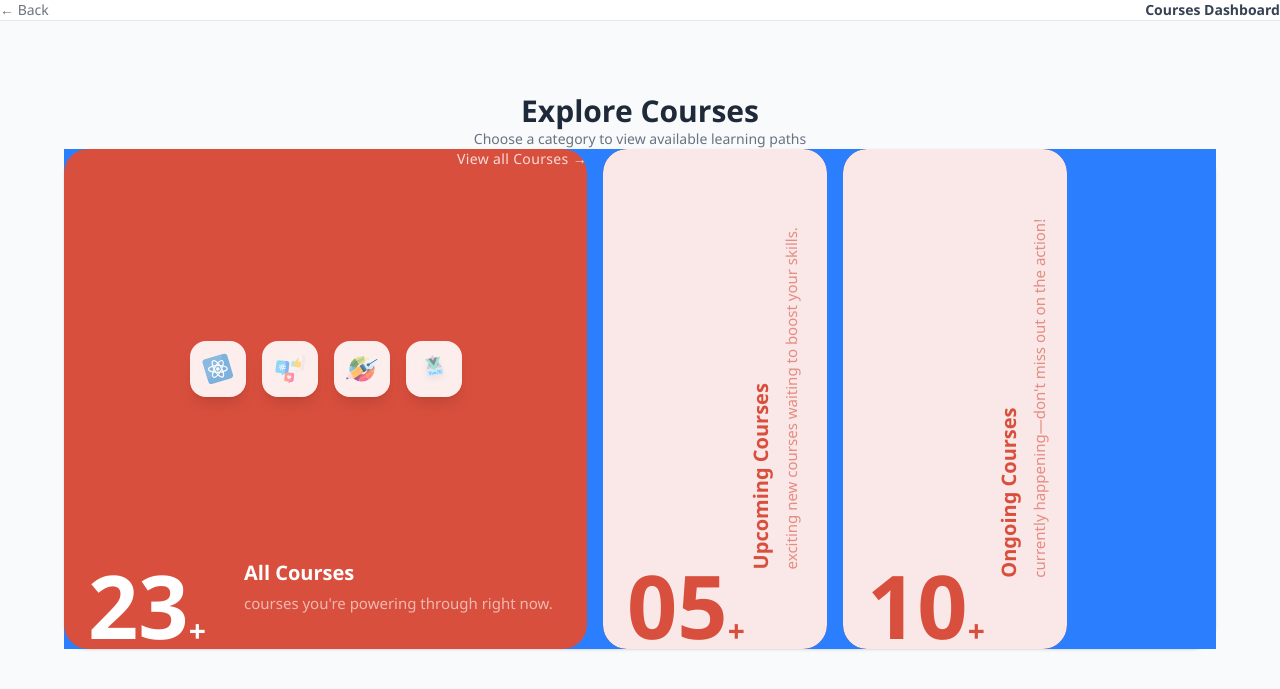
Repository: RahulRajKhadka/nextjs-dashboard-app
Page: /task2
An editor plug-in stored every save of this project. The page is shown before and after the next save, followed by the edit.
The browser window is 1280 px wide. The pictures show the whole page.
The project was rebuilt for these pictures with package versions that can differ from the ones it lists, and the page was loaded fresh each time. The framework's server and built-in components were replaced by stand-ins that run in the browser. Also part of the build but not shown: next.config.ts.

Above is the page before, as saved 2026-04-10 14:27:28.

### src/app/layout.tsx
import type { Metadata } from "next";
import "./globals.css";

export const metadata: Metadata = {
  title: "SkillShikshya Tasks",
  description: "Frontend & Logical Tasks",
};

export default function RootLayout({
  children,
}: {
  children: React.ReactNode;
}) {
  return (
    <html lang="en">
      <body>{children}</body>
    </html>
  );
}

### src/app/task2/page.tsx
"use client";
import dynamic from "next/dynamic";
import Link from "next/link";

const CourseCards = dynamic(() => import("@/components/task2/CourseCards"), {
  loading: () => (
    <div className="flex items-center justify-center h-[300px] text-gray-400 text-sm">
      Loading courses...
    </div>
  ),
  ssr: false,
});

export default function Task2Page() {
  return (
    <main className="min-h-screen bg-gray-50 flex flex-col">

      {/* Top Bar */}
      <div className="flex items-center justify-between px-6 md:px-10 py-4 border-b border-gray-200 bg-white">
        <Link
          href="/"
          className="text-sm text-gray-500 hover:text-gray-900 transition-colors"
        >
          ← Back
        </Link>

        <span className="text-sm font-semibold text-gray-700">
          Courses Dashboard
        </span>
      </div>

      {/* Centered Content */}
      <div className="flex-1 flex items-center justify-center px-4 py-10">

        <div className="w-full max-w-6xl">

          {/* Heading */}
          <div className="mb-8 text-center mt-10">
            <h1 className="text-3xl font-bold text-gray-800">
              Explore Courses
            </h1>
            <p className="text-gray-500 text-sm mt-2">
              Choose a category to view available learning paths
            </p>
          </div>

          {/* Cards */}
          <div className="bg-white rounded-3xl shadow-sm p-4 md:p-6">
            <CourseCards />
          </div>

        </div>

      </div>
    </main>
  );
}

### src/app/globals.css
@import "tailwindcss";

* {
  margin: 0;
  padding: 0;
  box-sizing: border-box;
}

html {
  scroll-behavior: smooth;
}

body {
  font-family: "Segoe UI", sans-serif;
  background-color: #f5f5f5;
}

.vertical-text {
  writing-mode: vertical-rl;
  transform: rotate(180deg);
}

### src/components/task2/CourseCards.tsx
"use client";

import { useState, useRef, useLayoutEffect } from "react";
import CourseCard from "./CourseCard";
import { courseCardsData } from "./courseCardsData";
import gsap from "gsap";

export default function CourseCards() {
  const [expandedId, setExpandedId] = useState<number>(1);
  const [directionMap, setDirectionMap] = useState<Map<number, "left" | "right">>(new Map());

  const cardRefs = useRef<(HTMLDivElement | null)[]>([]);
  const labelRefs = useRef<(HTMLDivElement | null)[]>([]); // Store label refs
  const numberRefs = useRef<(HTMLDivElement | null)[]>([]); // Store number refs
  const containerRef = useRef<HTMLDivElement>(null);
  const expandedWidth = useRef(0);
  const collapsedWidth = useRef(0);
  const isAnimating = useRef(false);

  useLayoutEffect(() => {
    const container = containerRef.current;
    if (!container) return;

    const totalWidth = container.clientWidth;
    const gap = 16;
    const totalGap = gap * (courseCardsData.length - 1);
    const unit = (totalWidth - totalGap) / courseCardsData.length;

    expandedWidth.current = unit * 1.4;
    collapsedWidth.current = unit * 0.6;

    const initialDirectionMap = new Map<number, "left" | "right">();
    courseCardsData.forEach((course, index) => {
      const initialDirection = index === 0 ? "right" : "left";
      initialDirectionMap.set(course.id, initialDirection);
    });
    setDirectionMap(initialDirectionMap);

    cardRefs.current.forEach((el, i) => {
      if (el) {
        gsap.set(el, {
          width: courseCardsData[i].id === 1 ? expandedWidth.current : collapsedWidth.current,
        });
      }
    });
  }, []);

  const getDirectionForCard = (clickedId: number, currentExpandedId: number): "left" | "right" => {
    const clickedIndex = courseCardsData.findIndex((c) => c.id === clickedId);
    const expandedIndex = courseCardsData.findIndex((c) => c.id === currentExpandedId);

    if (clickedIndex === 0) return "right";
    if (clickedIndex === courseCardsData.length - 1) return "left";

    if (clickedIndex < expandedIndex) return "right";
    return "left";
  };

  const handleCardClick = (courseId: number) => {
    if (courseId === expandedId || isAnimating.current) return;

    const newDirection = getDirectionForCard(courseId, expandedId);
    const prevIndex = courseCardsData.findIndex((c) => c.id === expandedId);
    const newIndex = courseCardsData.findIndex((c) => c.id === courseId);

    isAnimating.current = true;

    const tl = gsap.timeline({
      onComplete: () => {
        isAnimating.current = false;
      },
    });

    setDirectionMap(prev => {
      const newMap = new Map(prev);
      newMap.set(courseId, newDirection);
      return newMap;
    });

    // Get label and number elements for animation
    const oldLabel = labelRefs.current[prevIndex];
    const newLabel = labelRefs.current[newIndex];
    const oldNumber = numberRefs.current[prevIndex];
    const newNumber = numberRefs.current[newIndex];
    const courseData = courseCardsData[newIndex];

    // Animate old card collapse
    tl.to(cardRefs.current[prevIndex], {
      width: collapsedWidth.current,
      duration: 0.5,
      ease: "power3.inOut",
    }, 0);

    // Animate old label back to collapsed state
    if (oldLabel) {
      tl.to(oldLabel, {
        rotation: -90,
        x: 0,
        y: 0,
        color: courseData.textColor,
        duration: 0.5,
        ease: "power2.inOut",
      }, 0);
    }

    // Animate old number color
    if (oldNumber) {
      tl.to(oldNumber, {
        color: courseData.textColor,
        duration: 0.3,
      }, 0);
    }

    // Update expanded ID mid-timeline
    tl.call(() => {
      setExpandedId(courseId);
    }, null, 0.25);

    // Animate new card expansion
    tl.to(cardRefs.current[newIndex], {
      width: expandedWidth.current,
      duration: 0.5,
      ease: "power3.inOut",
    }, 0.25);

    // Animate new label to expanded position
    if (newLabel && newNumber) {
      const labelRect = newLabel.getBoundingClientRect();
      const numberRect = newNumber.getBoundingClientRect();

      const targetX = numberRect.right + 16 - (labelRect.left + labelRect.width / 2);
      const targetY = numberRect.bottom - labelRect.height / 2 - labelRect.top - labelRect.height / 2;

      tl.fromTo(newLabel,
        {
          rotation: -90,
          x: 0,
          y: 0,
          color: courseData.textColor,
        },
        {
          rotation: 0,
          x: targetX,
          y: targetY,
          color: "#ffffff",
          duration: 0.5,
          ease: "back.out(0.3)",
        }, 0.25
      );
    }

    // Animate new number color
    if (newNumber) {
      tl.to(newNumber, {
        color: "#ffffff",
        duration: 0.3,
      }, 0.4);
    }
  };

  return (
    <div ref={containerRef} className="flex gap-4 w-full p-8 bg-blue-500 h-[500px]">
      {courseCardsData.map((course, i) => (
        <div
          key={course.id}
          ref={(el) => {
            cardRefs.current[i] = el;
          }}
          className="shrink-0 overflow-hidden rounded-3xl"
        >
          <CourseCard
            course={course}
            isExpanded={expandedId === course.id}
            direction={directionMap.get(course.id) || (i === 0 ? "right" : "left")}
            isLeftmost={i === 0}
            onClick={() => handleCardClick(course.id)}
            labelRef={(el) => { labelRefs.current[i] = el; }}
            numberRef={(el) => { numberRefs.current[i] = el; }}
          />
        </div>
      ))}
    </div>
  );
}

### src/components/task2/CourseCard.tsx
"use client";

import Image from "next/image";
import { useRef, useLayoutEffect } from "react";
import { CourseCard as CourseCardType } from "@/types";
import gsap from "gsap";

interface Props {
  course: CourseCardType;
  isExpanded: boolean;
  onClick: () => void;
  direction: "left" | "right";
  isLeftmost?: boolean;
}

export default function CourseCard({
  course,
  isExpanded,
  onClick,
  direction,
  isLeftmost = false,
}: Props) {
  const numberRef = useRef<HTMLDivElement>(null);
  const collapsedLabelRef = useRef<HTMLDivElement>(null);
  const iconsRef = useRef<(HTMLSpanElement | null)[]>([]);
  const topbarRef = useRef<HTMLDivElement>(null);
  const expandedViewRef = useRef<HTMLDivElement>(null);
  const circleRef = useRef<HTMLDivElement>(null);

  useLayoutEffect(() => {
    if (!numberRef.current || !collapsedLabelRef.current) return;

    if (isExpanded) {
      // Create a timeline for smooth coordination
      const tl = gsap.timeline();

      // Show expanded view
      gsap.set(expandedViewRef.current, { display: "grid" });

      // Measure label and number positions
      const labelRect = collapsedLabelRef.current.getBoundingClientRect();
      const numberRect = numberRef.current.getBoundingClientRect();

      // Calculate target position (beside number with 16px gap)
      const targetX = numberRect.right + 16 - (labelRect.left + labelRect.width / 2);
      const targetY = numberRect.bottom - labelRect.height / 2 - labelRect.top - labelRect.height / 2;

      // 1. Circle wipe animation
      tl.to(circleRef.current, {
        clipPath: "circle(0% at 0% 100%)",
        duration: 1,
        ease: "power3.inOut",
      }, 0);

      // 2. Label animation (rotate + move) - starts at same time
      tl.fromTo(collapsedLabelRef.current,
        {
          rotation: -90,
          x: 0,
          y: 0,
          color: course.textColor,
        },
        {
          rotation: 0,
          x: 180,
          y: 188,
          color: "#ffffff",
          duration: 0.8,
          ease: "back.out(0.3)",
        }, 0
      );

      // 3. Number color change
      tl.to(numberRef.current, {
        color: "#ffffff",
        duration: 0.4,
      }, 0.2);

      // 4. Top bar animation
      const topbarFromX = direction === "left" ? 60 : -60;
      tl.fromTo(topbarRef.current,
        { opacity: 0, y: -15, x: topbarFromX },
        {
          opacity: 1,
          y: 0,
          x: 0,
          duration: 0.5,
          ease: "power2.out",
        }, 0.3
      );

      // 5. Icons animation (staggered)
      const iconsFromX = direction === "left" ? 120 : -120;
      gsap.set(iconsRef.current, { x: iconsFromX, opacity: 0 });
      iconsRef.current.forEach((icon, i) => {
        tl.to(icon, {
          x: 0,
          opacity: 1,
          duration: 0.4,
          ease: "power2.out",
        }, 0.4 + i * 0.08);
      });

    } else {
      // COLLAPSE ANIMATIONS - Smooth reverse
      const tl = gsap.timeline();

      // 1. Circle expands back
      tl.to(circleRef.current, {
        clipPath: "circle(130% at 0% 80%)",
        duration: 0.8,
        ease: "power3.inOut",
      }, 0);

      // 2. Label returns to collapsed position
      tl.to(collapsedLabelRef.current, {
        rotation: -90,
        x: 0,
        y: 0,
        color: course.textColor,
        duration: 0.6,
        ease: "power2.inOut",
      }, 0);

      // 3. Number color returns
      tl.to(numberRef.current, {
        color: course.textColor,
        duration: 0.3,
      }, 0.1);

      // 4. Hide expanded view
      tl.set(expandedViewRef.current, {
        display: "none"
      }, 0.3);

      // 5. Reset icons and topbar
      tl.set(iconsRef.current, {
        clearProps: "x,opacity"
      }, 0.4);

      tl.set(topbarRef.current, {
        clearProps: "x,y,opacity"
      }, 0.4);
    }
  }, [isExpanded, direction, course.textColor]);

  return (
    <div
      onClick={onClick}
      className="relative rounded-3xl overflow-hidden cursor-pointer h-full w-full"
      style={{ backgroundColor: course.bgExpanded }}
    >
      {/* Background circle */}
      <div
        ref={circleRef}
        className="absolute inset-0 z-[1]"
        style={{
          backgroundColor: course.bg,
          clipPath: "circle(150% at 0% 100%)",
        }}
      />

      {/* NUMBER — always bottom-left */}
      <div className="absolute bottom-0 left-6 z-[3] flex items-end p-4 pointer-events-none">
        <div ref={numberRef} className="flex items-end" style={{ color: course.textColor }}>
          <span
            className="font-black leading-none"
            style={{
              fontSize: "clamp(3.5rem,7vw,5.5rem)",
              color: "inherit",
            }}
          >
            {String(course.count).padStart(2, "0")}
          </span>
          <span className="font-black text-3xl mb-2 ml-1" style={{ color: "inherit" }}>
            +
          </span>
        </div>
      </div>

      {/* SINGLE LABEL — starts centered, rotates and moves on expand */}
      <div className="absolute  inset-0 z-[4]  flex items-center  pointer-events-none">
        <div
          ref={collapsedLabelRef}
          className="flex flex-col gap-1"
          style={{
            transform: "rotate(-90deg)",
            color: course.textColor,
          }}
        >
          <span className="font-bold text-[20px] whitespace-nowrap" style={{ color: "inherit" }}>
            {course.label}
          </span>
          <p className="text-[15px] opacity-60 whitespace-nowrap" style={{ color: "inherit" }}>
            {course.sublabel}
          </p>
        </div>
      </div>

      {/* EXPANDED VIEW — topbar + icons only */}
      <div
        ref={expandedViewRef}
        className="absolute inset-0 z-[2] p-5"
        style={{
          display: isExpanded ? "grid" : "none",
          gridTemplateRows: "auto 1fr auto",
        }}
      >
        {/* Row 1: topbar */}
        <div ref={topbarRef} className="flex justify-end mt-40 opacity-0">
          <span className="text-white/80 text-sm font-medium tracking-wide">
            View all Courses →
          </span>
        </div>

        {/* Row 2: icons */}
        <div className="flex gap-4 items-center justify-center">
          {course.icons?.map((iconPath, i) => (
            <span
              key={i}
              ref={(el) => (iconsRef.current[i] = el)}
              className="w-14 h-14 rounded-2xl bg-white/90 backdrop-blur-sm flex items-center justify-center shadow-lg"
            >
              <Image src={iconPath} alt="" width={32} height={32} className="opacity-80" />
            </span>
          ))}
        </div>

        {/* Row 3: empty spacer */}
        <div className="h-20" />
      </div>
    </div>
  );
}

### src/components/task2/courseCardsData.ts
import { CourseCard } from "@/types";

export const courseCardsData: CourseCard[] = [
  {
    id: 1,
    count: "23",
    label: "All Courses",
    sublabel: "courses you're powering through right now.",
    bg: "#F9E8E7",        // ← was "#D94F3D", should be light pink
    textColor: "#D94F3D",  // ← was "white", red for collapsed state
    bgExpanded: "#D94F3D",
    icons: ["/images/react.svg", "/images/likes.svg", "/images/design.svg", "/images/view.svg"],
  },
  {
    id: 2,
    count: "05",
    label: "Upcoming Courses",
    sublabel: "exciting new courses waiting to boost your skills.",
    bg: "#F9E8E7",
    textColor: "#D94F3D",
    bgExpanded: "#D94F3D",
    icons: ["/images/react.svg", "/images/likes.svg", "/images/design.svg", "/images/view.svg"],
  },
  {
    id: 3,
    count: "10",
    label: "Ongoing Courses",
    sublabel: "currently happening—don't miss out on the action!",
    bg: "#F9E8E7",
    textColor: "#D94F3D",
    bgExpanded: "#D94F3D",
    icons: ["/images/react.svg", "/images/likes.svg", "/images/design.svg", "/images/view.svg"],
  },
];

After the next save:
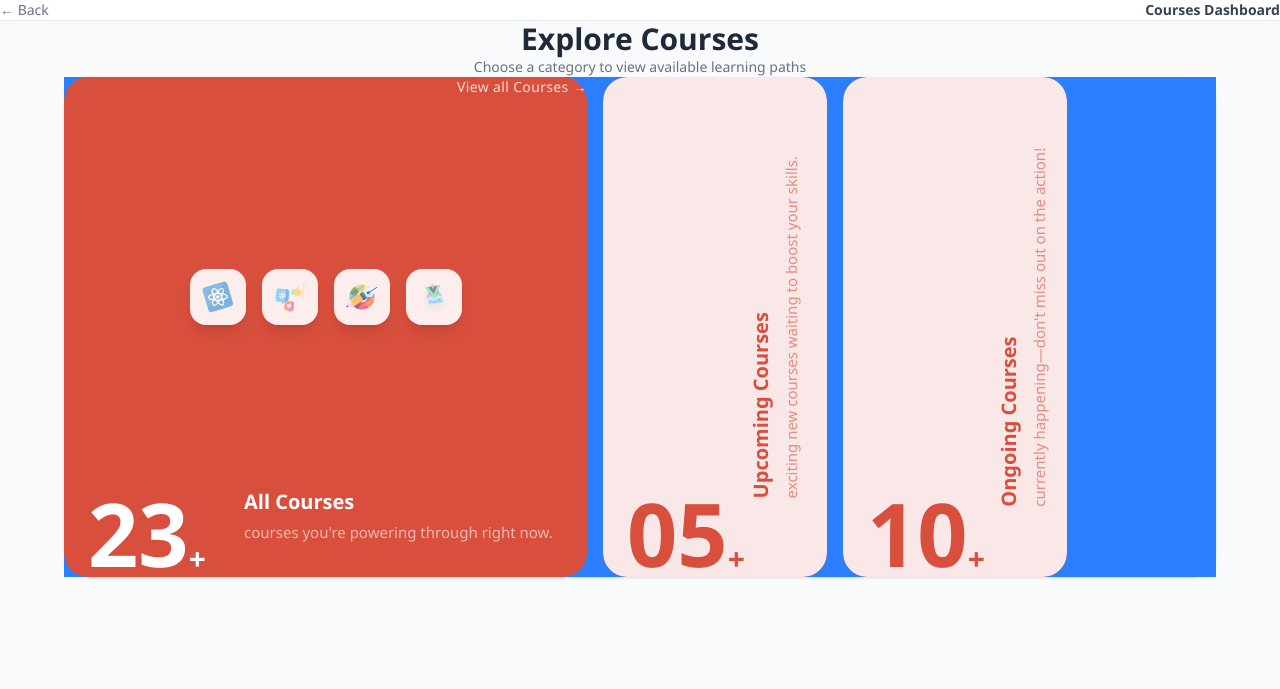
Saved 17 min 4 s later.
--- a/src/app/task2/page.tsx
+++ b/src/app/task2/page.tsx
@@ -13,7 +13,7 @@ const CourseCards = dynamic(() => import("@/components/task2/CourseCards"), {
 
 export default function Task2Page() {
   return (
-    <main className="min-h-screen bg-gray-50 flex flex-col">
+    <main className="min-h-screen bg-gray-50 ">
 
       {/* Top Bar */}
       <div className="flex items-center justify-between px-6 md:px-10 py-4 border-b border-gray-200 bg-white">
